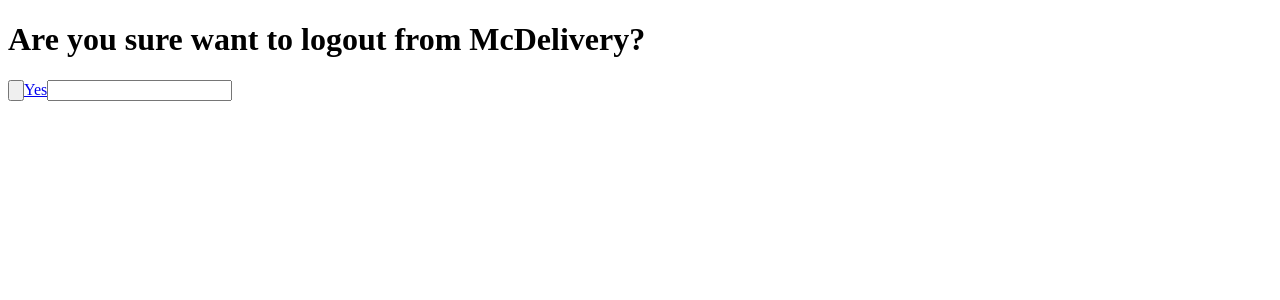
Repository: Jeck97/Mcdonald-Delivery-System
Page: McDelivery/WebContent/logout/logoutConfirmation.html
An editor plug-in stored every save of this project. The page is shown before and after the next save, followed by the edit.
The browser window is 1280 px wide. The pictures show the whole page.

Above is the page before, as saved 2020-07-10 13:24:20.

### McDelivery/WebContent/logout/logoutConfirmation.html
<!DOCTYPE html>
<html>
<head>
<meta charset="ISO-8859-1">
<title>Logout Page</title>
</head>
<body>

	<h1>Are you sure want to logout from McDelivery?</h1>

	<input type="button"><a href="/McDelivery/login/loginForm.jsp">Yes</a><input>

</body>
</html>

After the next save:
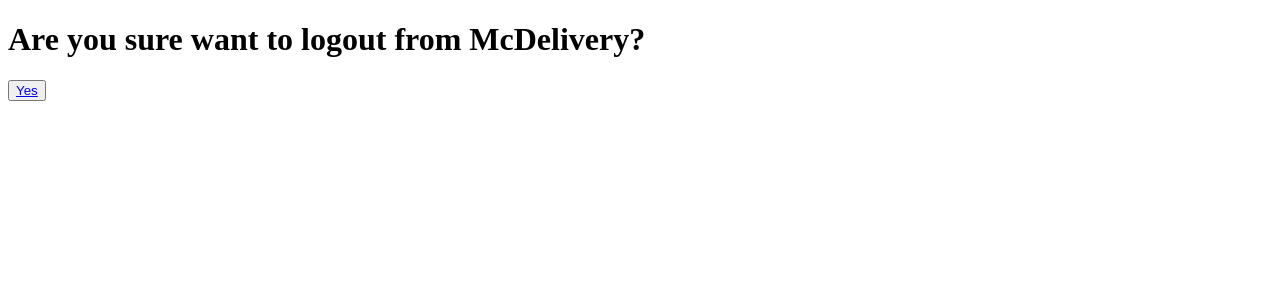
Saved 69 s later.
--- a/McDelivery/WebContent/logout/logoutConfirmation.html
+++ b/McDelivery/WebContent/logout/logoutConfirmation.html
@@ -8,7 +8,7 @@
 
 	<h1>Are you sure want to logout from McDelivery?</h1>
 
-	<input type="button"><a href="/McDelivery/login/loginForm.jsp">Yes</a><input>
+	<button type="button"><a href="/McDelivery/login/loginForm.jsp">Yes</a></button>
 
 </body>
 </html>
